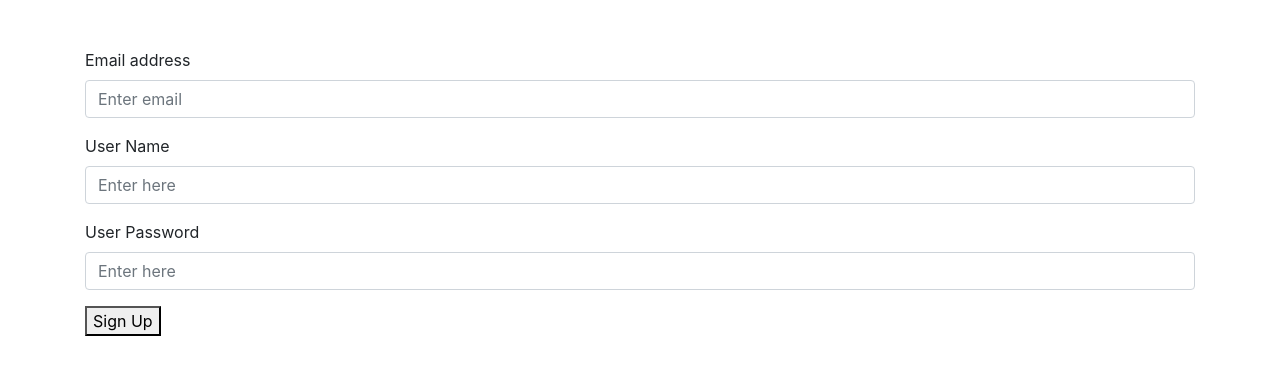
Repository: Sambit-23/Development
Page: http://localhost/springmvc/contact
The author's editor kept a copy of each file at every save. The page is drawn from the files as they stood at one save, then again after the next save.
The browser window is 1280 px wide. The pictures show the whole page.
Some web libraries are served in a nearby version. The page is served by Tomcat 9. Other server files are loaded and not shown.

Above is the page before, as saved 2023-06-06 06:03:09.

### springmvc/src/main/webapp/WEB-INF/spring-servlet.xml
<?xml version="1.0" encoding="UTF-8"?>
<beans xmlns="http://www.springframework.org/schema/beans"
	xmlns:xsi="http://www.w3.org/2001/XMLSchema-instance"
	xmlns:context="http://www.springframework.org/schema/context"
	xmlns:p="http://www.springframework.org/schema/p"
	xsi:schemaLocation="http://www.springframework.org/schema/beans
    http://www.springframework.org/schema/beans/spring-beans.xsd
    http://www.springframework.org/schema/context
    http://www.springframework.org/schema/context/spring-context.xsd">

<context:component-scan base-package="springmvc.controller"></context:component-scan>

<bean class="org.springframework.web.servlet.view.InternalResourceViewResolver" name="viewResolver">
  <property name="prefix" value="/WEB-INF/views/" />
  <property name="suffix" value=".jsp" />
</bean>

</beans>

<!-- /WEB-INF/views/hello.jsp -->

### springmvc/src/main/webapp/WEB-INF/views/contact.jsp
<%@ page language="java" contentType="text/html; charset=ISO-8859-1"
	pageEncoding="ISO-8859-1"%>
<!DOCTYPE html>
<html lang="en">
<head>
<!-- Required meta tags -->
<meta charset="utf-8">
<meta name="viewport"
	content="width=device-width, initial-scale=1, shrink-to-fit=no">

<!-- Bootstrap CSS -->
<link rel="stylesheet"
	href="https://cdn.jsdelivr.net/npm/bootstrap@4.0.0/dist/css/bootstrap.min.css"
	integrity="sha384-Gn5384xqQ1aoWXA+058RXPxPg6fy4IWvTNh0E263XmFcJlSAwiGgFAW/dAiS6JXm"
	crossorigin="anonymous">

<title>Hello, world!</title>
</head>
<body>

	<div class="container mt-5">

	<form>
		<div class="form-group">
			<label for="exampleInputEmail1">Email address</label> <input
				type="email" class="form-control" id="exampleInputEmail1"
				aria-describedby="emailHelp" placeholder="Enter email">
		</div>

		<div class="form-group">
			<label for="user name">User Name</label> <input
				type="text" class="form-control" id="userName"
				aria-describedby="userName" placeholder="Enter here">
		</div>

		<div class="form-group">
			<label for="user Password">User Password</label> <input
				type="password" class="form-control" id="userPassword"
				aria-describedby="emailHelp" placeholder="Enter here">
		</div>

		<button type="submit">Sign Up</button>

	</form>
	</div>



	<!-- Optional JavaScript -->
	<!-- jQuery first, then Popper.js, then Bootstrap JS -->
	<script src="https://code.jquery.com/jquery-3.2.1.slim.min.js"
		integrity="sha384-KJ3o2DKtIkvYIK3UENzmM7KCkRr/rE9/Qpg6aAZGJwFDMVNA/GpGFF93hXpG5KkN"
		crossorigin="anonymous"></script>
	<script
		src="https://cdn.jsdelivr.net/npm/popper.js@1.12.9/dist/umd/popper.min.js"
		integrity="sha384-ApNbgh9B+Y1QKtv3Rn7W3mgPxhU9K/ScQsAP7hUibX39j7fakFPskvXusvfa0b4Q"
		crossorigin="anonymous"></script>
	<script
		src="https://cdn.jsdelivr.net/npm/bootstrap@4.0.0/dist/js/bootstrap.min.js"
		integrity="sha384-JZR6Spejh4U02d8jOt6vLEHfe/JQGiRRSQQxSfFWpi1MquVdAyjUar5+76PVCmYl"
		crossorigin="anonymous"></script>
</body>
</html>

### springmvc/src/main/java/springmvc/controller/ContactController.java
package springmvc.controller;

import org.springframework.stereotype.Controller;
import org.springframework.web.bind.annotation.RequestMapping;

@Controller
public class ContactController {

	@RequestMapping("/contact")
	public String showForm() {
		System.out.println("I am in the Contact Page");
		return "contact";
	}
}

### springmvc/src/main/java/springmvc/controller/HomeController.java
package springmvc.controller;

import java.time.LocalDateTime;

import java.util.ArrayList;
import java.util.List;

import org.springframework.stereotype.Controller;
import org.springframework.ui.Model;
import org.springframework.web.bind.annotation.RequestMapping;
import org.springframework.web.bind.annotation.RequestMethod;
import org.springframework.web.servlet.ModelAndView;

@Controller
@RequestMapping("/first")
public class HomeController {

	@RequestMapping(path="/home",method=RequestMethod.GET)
	public String home(Model model) {
		System.out.println("this is home url");
		model.addAttribute("name", "dibya");
		model.addAttribute("id", 64732);

		List<String> friends = new ArrayList<String>();
		friends.add("kamala");
		friends.add("bimala");
		friends.add("haria");
		friends.add("priya");

		model.addAttribute("f", friends);

		return "index";
	}

	@RequestMapping("/about")
	public String about() {
		System.out.println("this is about url");
		return "about";
	}

	@RequestMapping("/help")
	public ModelAndView help() {
		System.out.println("this is help url");

		// Creating ModelAndView object
		ModelAndView modelAndView = new ModelAndView();
		LocalDateTime now = LocalDateTime.now();

		// setting the data
		modelAndView.addObject("name", "Kumar Magalam");
		modelAndView.addObject("rollnumber", 76888);
		modelAndView.addObject("time", now);
		//marks

		List<Integer> mark=new ArrayList<Integer>();
		mark.add(12);
		mark.add(23);
		mark.add(127);
		mark.add(132);
		mark.add(212);
		mark.add(412);

		modelAndView.addObject("marks", mark);


		// setting the view name
		modelAndView.setViewName("help");

		return modelAndView;

	}

}

After the next save:
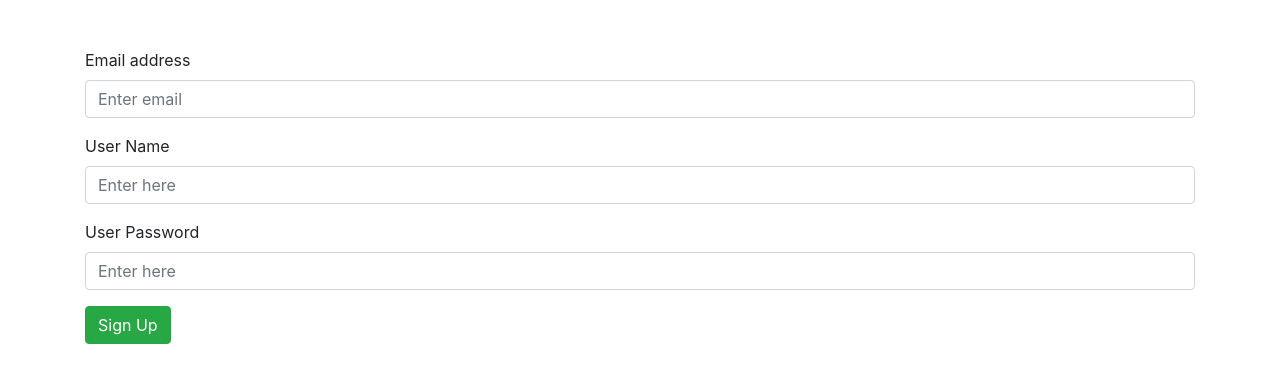
Saved 97 s later.
--- a/springmvc/src/main/webapp/WEB-INF/views/contact.jsp
+++ b/springmvc/src/main/webapp/WEB-INF/views/contact.jsp
@@ -39,7 +39,7 @@
 				aria-describedby="emailHelp" placeholder="Enter here">
 		</div>
 
-		<button type="submit">Sign Up</button>
+		<button type="submit" class="btn btn-success">Sign Up</button>
 
 	</form>
 	</div>
